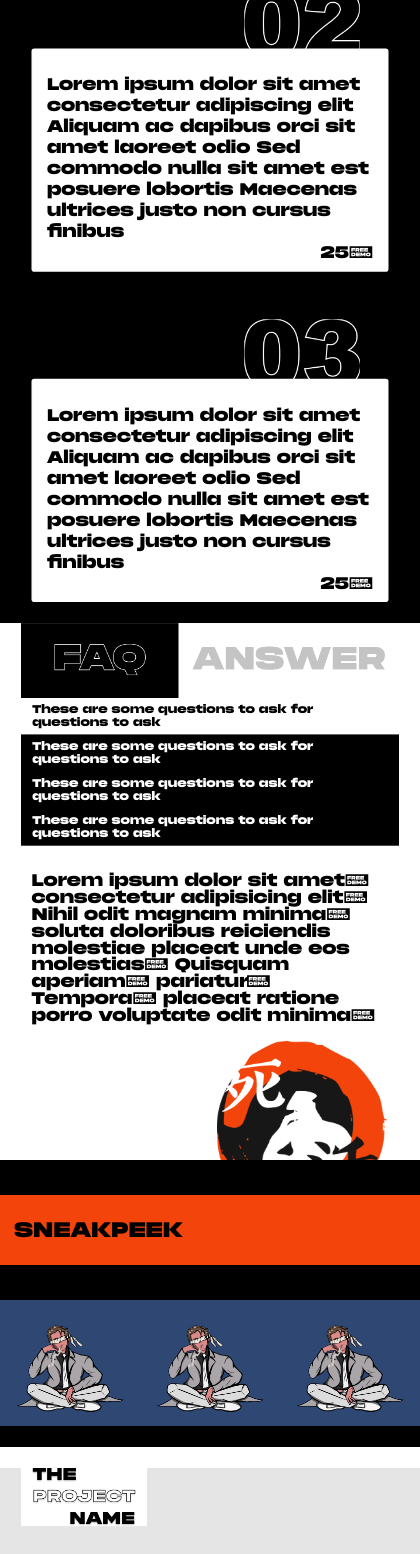
Repository: danishmahmoodawan/Sneakpeak
Page: /
The author's editor kept a copy of each file at every save. The page is drawn from the files as they stood at one save, then again after the next save.
The browser window is 600 px wide. The pictures show the part of the page from y = 1543 to 3783 px (the page is 3763 px tall before and 3783 px after), at 70% of full size.
The project was rebuilt for these pictures with package versions that can differ from the ones it lists, and the page was loaded fresh each time.

Above is the page before, as saved 2022-02-28 22:43:01.

After the next save:
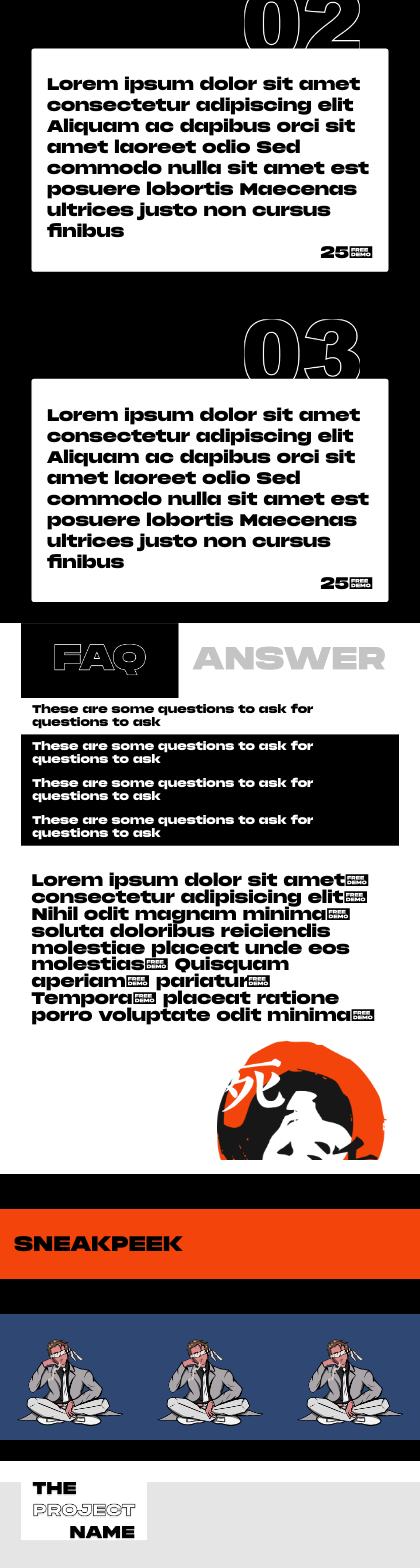
Saved 4 s later.
--- a/public/assets/css/style.css
+++ b/public/assets/css/style.css
@@ -458,7 +458,7 @@
     padding: 0 15px ;
   }
 
-  .fifth_section p{
+  .fifth_section{
     margin-top: 20px;
   }
   body, html{

After the save that followed:
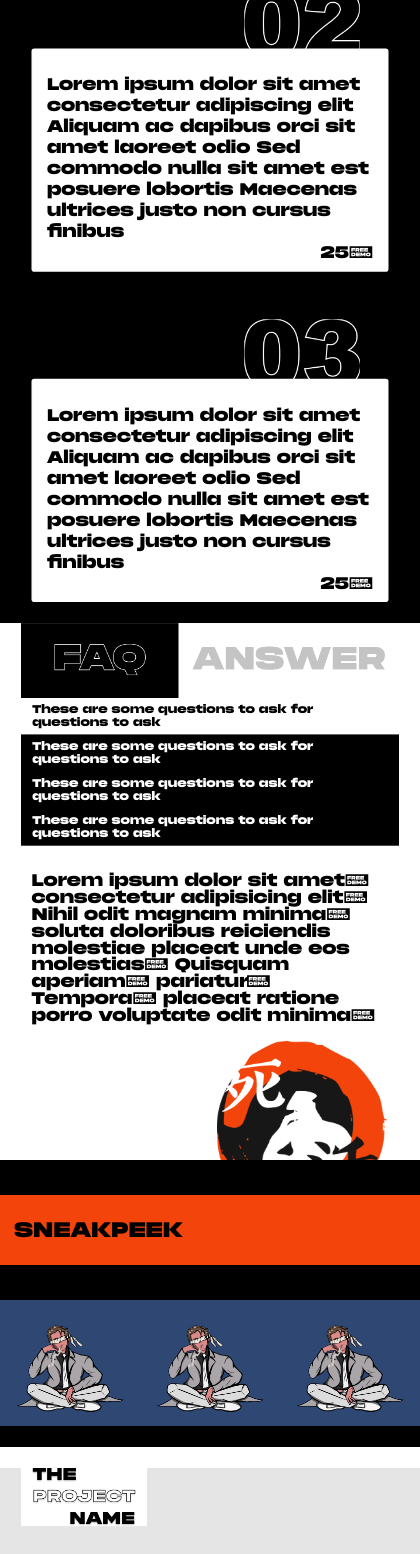
Saved 16 s later.
--- a/public/assets/css/style.css
+++ b/public/assets/css/style.css
@@ -459,7 +459,6 @@
   }
 
   .fifth_section{
-    margin-top: 20px;
   }
   body, html{
     overflow-x: hidden;
